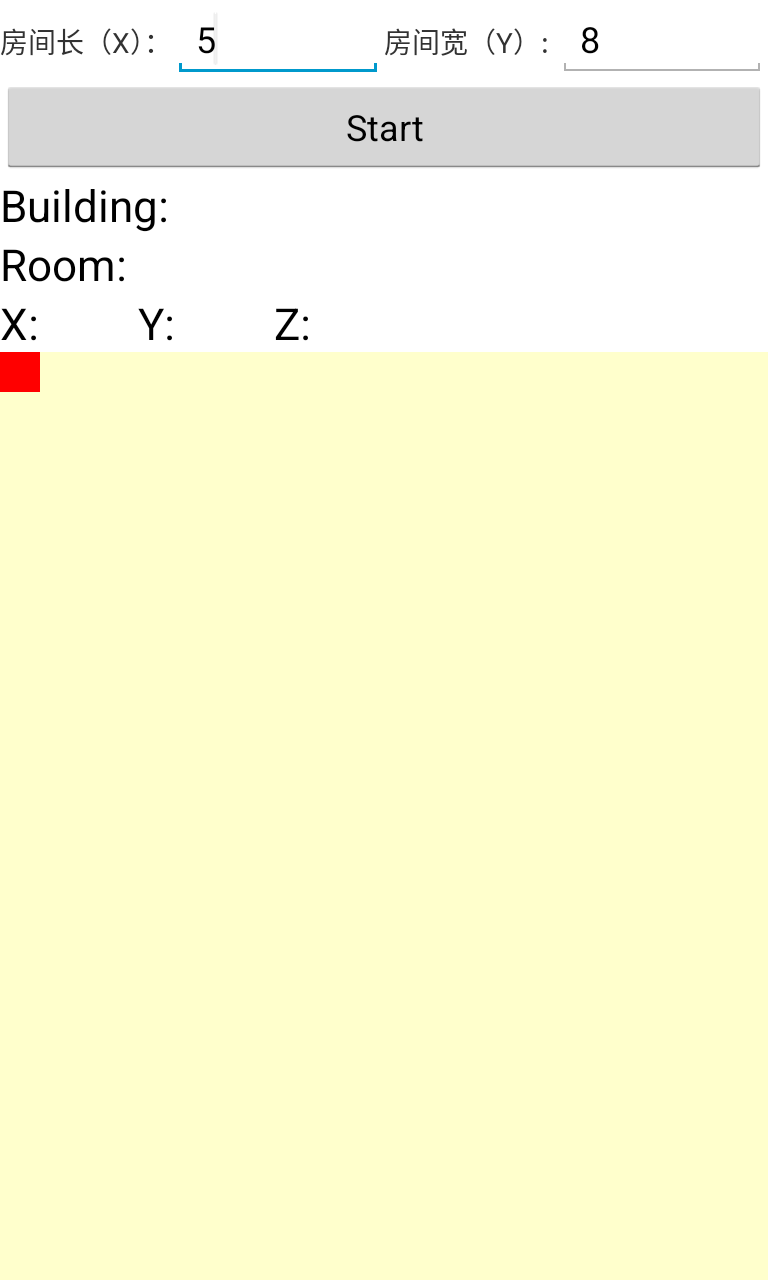
Repository: RenchuSong/tMap_Android
Layout: tmap_model_tool/res/layout/locating.xml
These files come from the project's save history. The layout is drawn as it stood at one moment and after the next save; the edit follows.
It is drawn on a 768 x 1280 px phone screen (xhdpi) without system bars, with theme AppTheme; the app's code is not run.

Above is the layout before, as saved 2014-05-12 00:42:51.

### tmap_model_tool/res/layout/locating.xml
<?xml version="1.0" encoding="utf-8"?>
<LinearLayout xmlns:android="http://schemas.android.com/apk/res/android"
    android:layout_width="match_parent"
    android:layout_height="match_parent"
    android:orientation="vertical" >

    <LinearLayout
        android:layout_width="match_parent"
        android:layout_height="wrap_content" >

        <TextView
            android:id="@+id/textView1"
            android:layout_width="wrap_content"
            android:layout_height="wrap_content"
            android:text="房间长（X）："/>

        <EditText
            android:id="@+id/xRange"
            android:layout_width="wrap_content"
            android:layout_height="wrap_content"
            android:layout_weight="1"
            android:ems="10"
            android:text="5" >

            <requestFocus />
        </EditText>

        <TextView
            android:id="@+id/textView2"
            android:layout_width="wrap_content"
            android:layout_height="wrap_content"
            android:text="房间宽（Y）: " />

        <EditText
            android:id="@+id/yRange"
            android:layout_width="wrap_content"
            android:layout_height="wrap_content"
            android:layout_weight="1"
            android:ems="10"
            android:text="8" />

    </LinearLayout>

    <Button
        android:id="@+id/start_stop"
        android:layout_width="match_parent"
        android:layout_height="wrap_content"
        android:text="Start" />

    <TextView
        android:id="@+id/building"
        android:layout_width="match_parent"
        android:layout_height="wrap_content"
        android:text="Building:"
        android:textAppearance="?android:attr/textAppearanceLarge" />

    <TextView
        android:id="@+id/room"
        android:layout_width="match_parent"
        android:layout_height="wrap_content"
        android:text="Room:"
        android:textAppearance="?android:attr/textAppearanceLarge" />

    <TextView
        android:id="@+id/location"
        android:layout_width="match_parent"
        android:layout_height="wrap_content"
        android:text="X:         Y:         Z:"
        android:textAppearance="?android:attr/textAppearanceLarge" />

    <RelativeLayout
        android:layout_width="match_parent"
        android:layout_height="match_parent"
        android:background="#ffffcc" >

        <Button
            android:id="@+id/person"
            android:layout_width="20dp"
            android:layout_height="20dp"
            android:layout_alignParentLeft="true"
            android:layout_alignParentTop="true"
            android:background="#ff0000" />

    </RelativeLayout>

</LinearLayout>

Loaded but not shown: tmap_model_tool/res/values/styles.xml (common file); tmap_model_tool/res/values-v11/styles.xml (common file); tmap_model_tool/res/values-v14/styles.xml (common file)

After the next save:
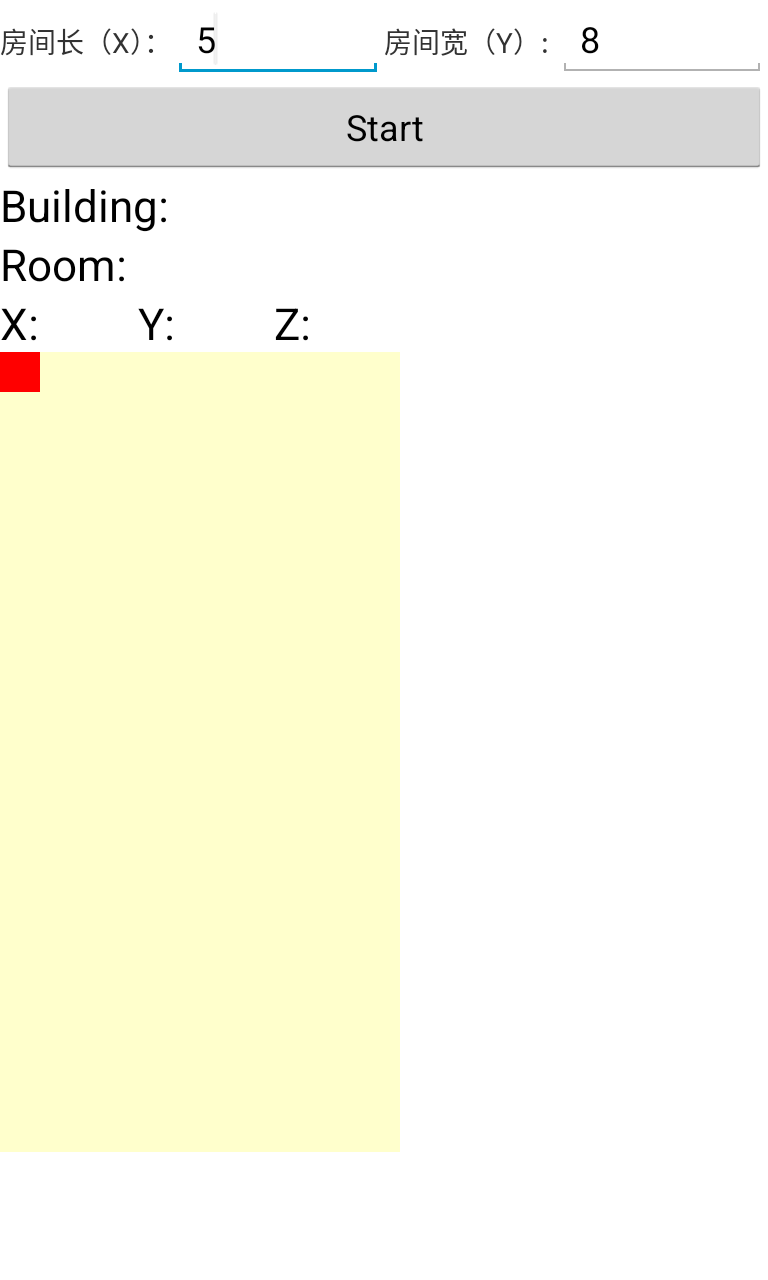
Saved 31 s later.
--- a/tmap_model_tool/res/layout/locating.xml
+++ b/tmap_model_tool/res/layout/locating.xml
@@ -69,8 +69,8 @@
         android:textAppearance="?android:attr/textAppearanceLarge" />
 
     <RelativeLayout
-        android:layout_width="match_parent"
-        android:layout_height="match_parent"
+        android:layout_width="200dp"
+        android:layout_height="400dp"
         android:background="#ffffcc" >
 
         <Button
